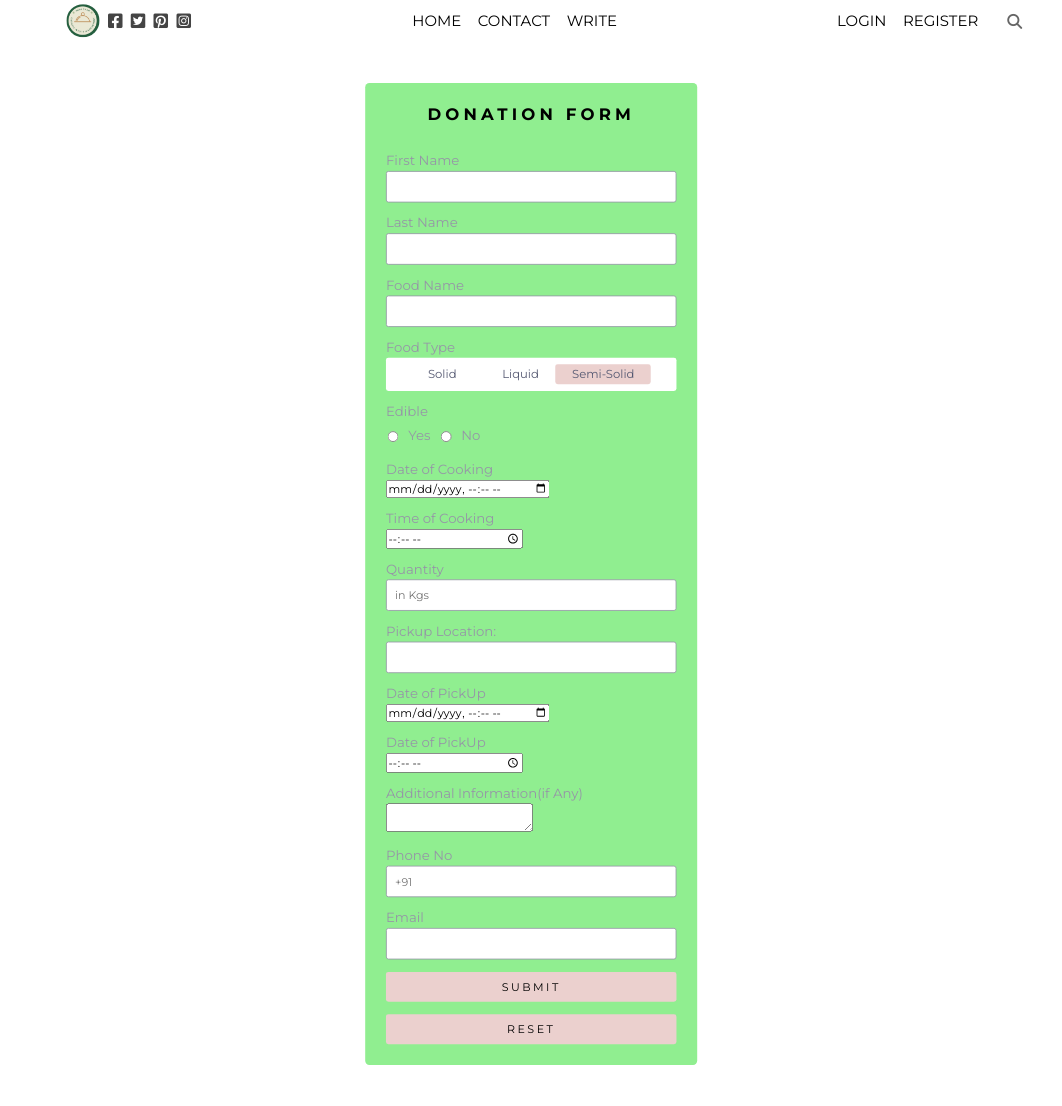
Repository: blsnabrhm/anna-daan
Page: /Contact (app in client/)
An editor plug-in stored every save of this project. The page is shown before and after the next save, followed by the edit.
The browser window is 1280 px wide. The pictures show the whole page, at 83% of full size.
Some web libraries are served in a nearby version. The project was rebuilt for these pictures with package versions that can differ from the ones it lists, and the page was loaded fresh each time. Also part of the build but not shown: client/src/components/header/header.css, client/src/components/header/Header.jsx, client/src/components/posts/posts.css, client/src/components/posts/Posts.jsx, client/src/components/sidebar/sidebar.css, client/src/components/sidebar/SideBar.jsx, client/src/pages/home/home.css, client/src/pages/home/Home.jsx and 13 more. Imported but missing from the stored project, and not drawn on this page: client/src/components/post/Post.

Above is the page before, as saved 2022-04-22 09:25:44.

### client/public/index.html
<!DOCTYPE html>
<html lang="en">
  <head>
    <meta charset="utf-8" />
    <link rel="icon" href="%PUBLIC_URL%/favicon.ico" />
    <meta name="viewport" content="width=device-width, initial-scale=1" />
    <meta name="theme-color" content="#000000" />
    <meta
      name="description"
      content="Web site created using create-react-app"
    />
    <link rel="preconnect" href="https://fonts.googleapis.com">
    <link rel="preconnect" href="https://fonts.gstatic.com" crossorigin>
    <link href="https://fonts.googleapis.com/css2?family=Josefin+Sans:wght@100;200;300;400;500;600;700&family=Lora:ital@0;1&family=Varela&family=Varela+Round&display=swap" rel="stylesheet">
    <link rel="stylesheet" href="https://cdnjs.cloudflare.com/ajax/libs/font-awesome/6.1.1/css/all.min.css" integrity="sha512-KfkfwYDsLkIlwQp6LFnl8zNdLGxu9YAA1QvwINks4PhcElQSvqcyVLLD9aMhXd13uQjoXtEKNosOWaZqXgel0g==" crossorigin="anonymous" referrerpolicy="no-referrer" />
    <style>*{
      margin: 0;
    }</style>
    <style>
      .link {
        text-decoration: none;
        color: inherit;
      }
    </style>
    <title>Anna Daan</title>
  </head>
  <body>
    <noscript>You need to enable JavaScript to run this app.</noscript>
    <div id="root"></div>

  </body>
</html>

### client/src/index.js
import React from 'react';
import ReactDOM from 'react-dom/client';
import App from './App';
import { ContextProvider } from './context/Context';

const root = ReactDOM.createRoot(document.getElementById('root'));
root.render(
  <React.StrictMode>
    <ContextProvider>
    <App />
    </ContextProvider>
  </React.StrictMode>
);

### client/src/App.js
import Home from "./pages/home/Home";
import TopBar from "./components/topbar/TopBar";
import Single from "./pages/single/Single";
import Write from "./pages/write/Write";
import Settings from "./pages/settings/Settings";
import Login from "./pages/login/Login";
import Register from "./pages/register/Register";
import Contact from "./pages/contact/Contact";
import { BrowserRouter as Router, Switch, Route, Link } from "react-router-dom";
import { useContext } from "react";
import { Context } from "./context/Context";

function App() {
  const { user } = useContext(Context);
  return (
    <Router>
      <TopBar />
      <Switch>
        <Route exact path="/">
          <Home />
        </Route>
        <Route path="/register">{user ? <Home /> : <Register />}</Route>
        <Route path="/login">{user ? <Home /> : <Login />}</Route>
        <Route path="/Contact">{user ? <Contact />: <Contact/> }</Route>
        <Route path="/write">{user ? <Write /> : <Register />}</Route>
        <Route path="/settings">{user ? <Settings /> : <Register />}</Route>
        <Route path="/post/:postId">
          <Single />
        </Route>
      </Switch>
    </Router>
  );
}

export default App;

### client/src/context/Context.js
import { createContext, useEffect, useReducer } from "react";
import Reducer from "./Reducer";

const INITIAL_STATE = {
  user: JSON.parse(localStorage.getItem("user")) || null,
  isFetching: false,
  error: false,
};

export const Context = createContext(INITIAL_STATE);

export const ContextProvider = ({ children }) => {
  const [state, dispatch] = useReducer(Reducer, INITIAL_STATE);

  useEffect(() => {
    localStorage.setItem("user", JSON.stringify(state.user));
  }, [state.user]);

  return (
    <Context.Provider
      value={{
        user: state.user,
        isFetching: state.isFetching,
        error: state.error,
        dispatch,
      }}
    >
      {children}
    </Context.Provider>
  );
};

### client/src/components/topbar/TopBar.jsx
import { useContext } from "react";
import { Link } from "react-router-dom";
import { Context } from "../../context/Context";
import "./topbar.css";

export default function TopBar() {
  const { user, dispatch } = useContext(Context);
  const PF = "http://localhost:3000/images/"

  const handleLogout = () => {
    dispatch({ type: "LOGOUT" });
  };
  return (
    <div className="top">
      <div className="topLeft">
        <img className="topImg topLogo" src={require('../../assets/Anna_Daan.png')} alt="" />
        <i className="topIcon fab fa-facebook-square"></i>
        <i className="topIcon fab fa-twitter-square"></i>
        <i className="topIcon fab fa-pinterest-square"></i>
        <i className="topIcon fab fa-instagram-square"></i>
      </div>
      <div className="topCenter">
        <ul className="topList">
          <li className="topListItem">
            <Link className="link" to="/" >
              HOME
            </Link>
          </li>
          <li className="topListItem">
            <Link className="link" to="/contact" >
              CONTACT
            </Link>
          </li>
          <li className="topListItem">
            <Link className="link" to="/write">
              WRITE
            </Link>
          </li>
          <li className="topListItem" onClick={handleLogout}>
            {user && "LOGOUT"}
          </li>
        </ul>
      </div>
      <div className="topRight">
        {user ? (
          <Link to="/settings">
            <img className="topImg" src={PF+user.profilePic} alt="" />
          </Link>
        ) : (
          <ul className="topList">
            <li className="topListItem">
              <Link className="link" to="/login" >
                LOGIN
              </Link>
            </li>
            <li className="topListItem">
              <Link className="link" to="/register">
                REGISTER
              </Link>
            </li>
          </ul>
        )}
        <i className="topSearchIcon fas fa-search"></i>
      </div>
    </div>
  );
}

### client/src/pages/contact/Contact.jsx
import './contact.css'

export default function Contact() {
    return (
    <div className='contact'>
        <div class="registration_form">
		<div class="title">
			Donation Form
		</div>

		<form>
			<div class="form_wrap">
                <div className="input_wrap">
					<label for="fname">First Name</label>
					<input type="text" id="email"/>
				</div>
				<div className="input_wrap">
					<label for="lname">Last Name</label>
					<input type="text" id="email"/>
				</div>
                <div >

                </div>

                <div className="input_wrap">
					<label for="fname">Food Name</label>
					<input type="text" id="email"/>
				</div>
                <div className="input_wrap">
					<label>Food Type</label>
					<ul>
						<li>
							<label className="radio_wrap">
								<input type="radio" name="gender" value="male" className="input_radio" checked/>
								<span>Solid</span>
							</label>
						</li>
						<li>
							<label className="radio_wrap">
								<input type="radio" name="gender" value="female" className="input_radio"/>
								<span>Liquid</span>
							</label>
						</li>
                        <li>
							<label className="radio_wrap">
								<input type="radio" name="gender" value="male" className="input_radio" checked/>
								<span>Semi-Solid</span>
							</label>
						</li>
					</ul>
				</div>
                <div className="input_wrap">
                    <label className='edi' for="edible">Edible</label>
                    <div className='edible'>
                    <input className='edible' type="radio" id="y" name='edible'/>
                    <label className='edible' for="edible">Yes  </label>
                    <input className='edible' type="radio" id="n" name='edible'/>
                    <label className='edible' for="edible">No  </label>
                    </div>
                </div>
                <div className='input_wrap'>
                    <label for="dot">Date of Cooking</label>
					<input type="datetime-local" id="dot" class="ta"/>
                </div>
                <div className='input_wrap'>
                    <label for="dot">Time of Cooking</label>
					<input type="time" id="dot" class="ta"/>
                </div>
                <div className='input_wrap'>
                    <label for="quant">Quantity</label>
					<input type="number" id="quant" placeholder="in Kgs"/>
                </div>
                <div className='input_wrap'>
                    <label for="loc">Pickup Location:</label>
					<input type="text" id="loc" class="ta"/>
                </div>
                <div className='input_wrap'>
                    <label for="pick">Date of PickUp</label>
					<input type="datetime-local" id="pick"/>
                </div>
                <div className='input_wrap'>
                    <label for="pick">Date of PickUp</label>
					<input type="time" id="pick"/>
                </div>
                <div className='input_wrap'>
                    <label>Additional Information(if Any)</label>
					<textarea class="txta" for="ta"></textarea>
                </div>
				<div className="input_wrap">
					<label for="city">Phone No</label>
					<input type="tel" id="city" placeholder="+91"/>
				</div>
				<div className="input_wrap">
					<label for="country">Email</label>
					<input type="text" id="country"/>
				</div>
				<div className="input_wrap">
					<input type="submit" value="Submit" className="submit_btn"/>
				</div>
        <div className="input_wrap">
					<input type="submit" value="Reset" className="submit_btn"/>
				</div>
			</div>
		</form>
	</div>
    </div>
    )
}

### client/src/context/Reducer.js
const Reducer = (state, action) => {
  switch (action.type) {
    case "LOGIN_START":
      return {
        user: null,
        isFetching: true,
        error: false,
      };
    case "LOGIN_SUCCESS":
      return {
        user: action.payload,
        isFetching: false,
        error: false,
      };
    case "LOGIN_FAILURE":
      return {
        user: null,
        isFetching: false,
        error: true,
      };
      case "UPDATE_START":
        return {
          ...state,
          isFetching:true
        };
      case "UPDATE_SUCCESS":
        return {
          user: action.payload,
          isFetching: false,
          error: false,
        };
      case "UPDATE_FAILURE":
        return {
          user: state.user,
          isFetching: false,
          error: true,
        };
    case "LOGOUT":
      return {
        user: null,
        isFetching: false,
        error: false,
      };
    default:
      return state;
  }
};

export default Reducer;

### client/src/components/topbar/topbar.css
.top {
    width: 100%;
    height: 50px;
    background-color: white;
    position: sticky;
    top: 0;
    display: flex;
    align-items: center;
    font-family: "Josefin Sans", sans-serif;
    z-index: 999;
  }

  .topLeft,
  .topRight {
    flex: 3;
    display: flex;
    align-items: center;
    justify-content: center;
  }

  .topCenter {
    flex: 6;
  }

  .topLogo {
    margin-right: 10px;
  }

  .topIcon {
    font-size: 20px;
    margin-right: 10px;
    color: #444;
    cursor: pointer;
  }

  .topImg {
    width: 40px;
    height: 40px;
    border-radius: 50%;
    object-fit: cover;
    cursor: pointer;
  }

  .topList {
    display: flex;
    justify-content: center;
    margin: 0;
    padding: 0;
    list-style: none;
  }

  .topListItem {
    margin-right: 20px;
    font-size: 18px;
    font-weight: 300;
    cursor: pointer;
  }

  .topSearchIcon {
    font-size: 18px;
    color: #666;
    cursor: pointer;
    margin-left: 15px;
  }

### client/src/pages/contact/contact.css
@import url('https://fonts.googleapis.com/css2?family=Montserrat:wght@400;700&display=swap');

*{
	margin: 0;
	padding: 0;
	box-sizing: border-box;
	list-style: none;
	font-family: 'Montserrat', sans-serif;
}

.contact {
    display: flex;
    align-items: center;
    justify-content: center;
    margin: 50px 0;
}


.edible {
    display: flex;
    flex-wrap: wrap;
    margin-top: 3px;
    margin-right: 10px;
    padding: 2px;
}

.wrapper{
	min-height: 100vh;
	display: flex;
	justify-content: center;
	align-items: center;
}

.registration_form{
	background: lightgreen;
	padding: 25px;
	border-radius: 5px;
	width: 400px;
}

.registration_form .title{
	text-align: center;
	font-size: 20px;
	text-transform: uppercase;
	color: #000000;
	letter-spacing: 5px;
	font-weight: 700;
}

.form_wrap{
	margin-top: 35px;
}

.form_wrap .input_wrap{
	margin-bottom: 15px;
}

.form_wrap .input_wrap:last-child{
	margin-bottom: 0;
}

.form_wrap .input_wrap label{
	display: block;
	margin-bottom: 3px;
	color: #9597a6;
}
.form_wrap .input_grp  input[type="text"] ,input[type="number"], input[type="time"] {
	width: 165px;
}

.form_wrap  input[type="text"], input[type="number"], input[type="tel"]{
	width: 100%;
	border-radius: 3px;
	border: 1px solid #9597a6;
	padding: 10px;
	outline: none;
}

.form_wrap  input[type="text"]:focus{
	border-color: #ebd0ce;
}

.form_wrap ul{
	background: #fff;
	padding: 8px 10px;
	border-radius: 3px;
	display: flex;
	justify-content: center;
}

.form_wrap ul li:first-child{
	margin-right: 15px;
}
.form_wrap ul .radio_wrap{
	position: relative;
	margin-bottom: 0;
}

.form_wrap ul .radio_wrap .input_radio{
	position: absolute;
	top: 0;
	right: 0;
	opacity: 0;
}

.form_wrap ul .radio_wrap span{
	display: inline-block;
	font-size: 14px;
	padding: 3px 20px;
	border-radius: 3px;
	color: #545871;
}

.form_wrap .input_radio:checked ~ span{
	background: #ebd0ce;
}

.form_wrap .submit_btn{
	width: 100%;
	background: #ebd0ce;
	padding: 10px;
	border: 0;
	border-radius: 3px;
	text-transform: uppercase;
	letter-spacing: 3px;
	cursor: pointer;
}

.form_wrap .submit_btn:hover{
	background: #ffd5d2;
}

After the next save:
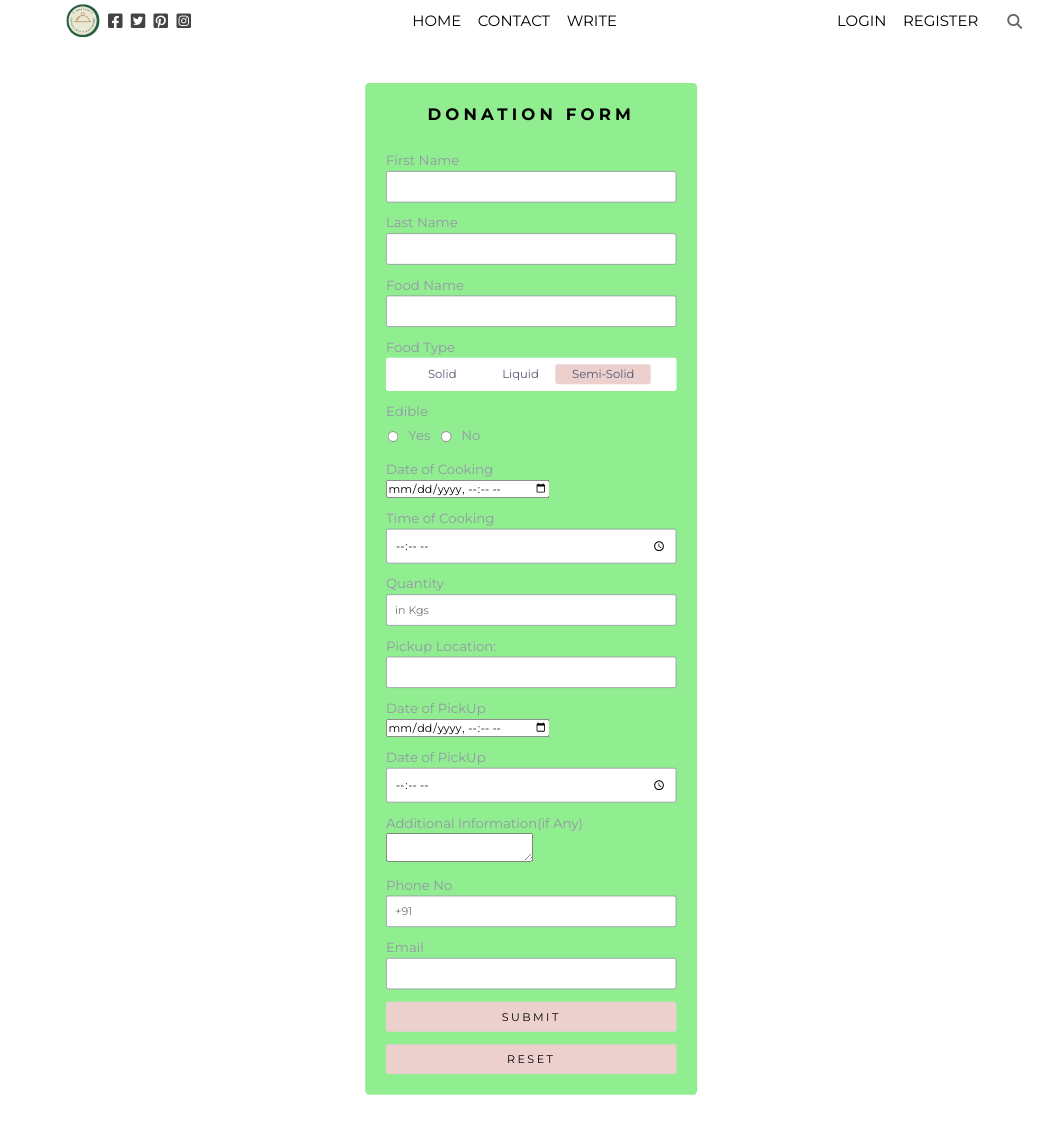
Saved 14 s later.
--- a/client/src/pages/contact/contact.css
+++ b/client/src/pages/contact/contact.css
@@ -64,11 +64,11 @@
 	margin-bottom: 3px;
 	color: #9597a6;
 }
-.form_wrap .input_grp  input[type="text"] ,input[type="number"], input[type="time"] {
+.form_wrap .input_grp  input[type="text"] ,input[type="number"] {
 	width: 165px;
 }
 
-.form_wrap  input[type="text"], input[type="number"], input[type="tel"]{
+.form_wrap  input[type="text"], input[type="number"], input[type="tel"],  input[type="time"]  {
 	width: 100%;
 	border-radius: 3px;
 	border: 1px solid #9597a6;
